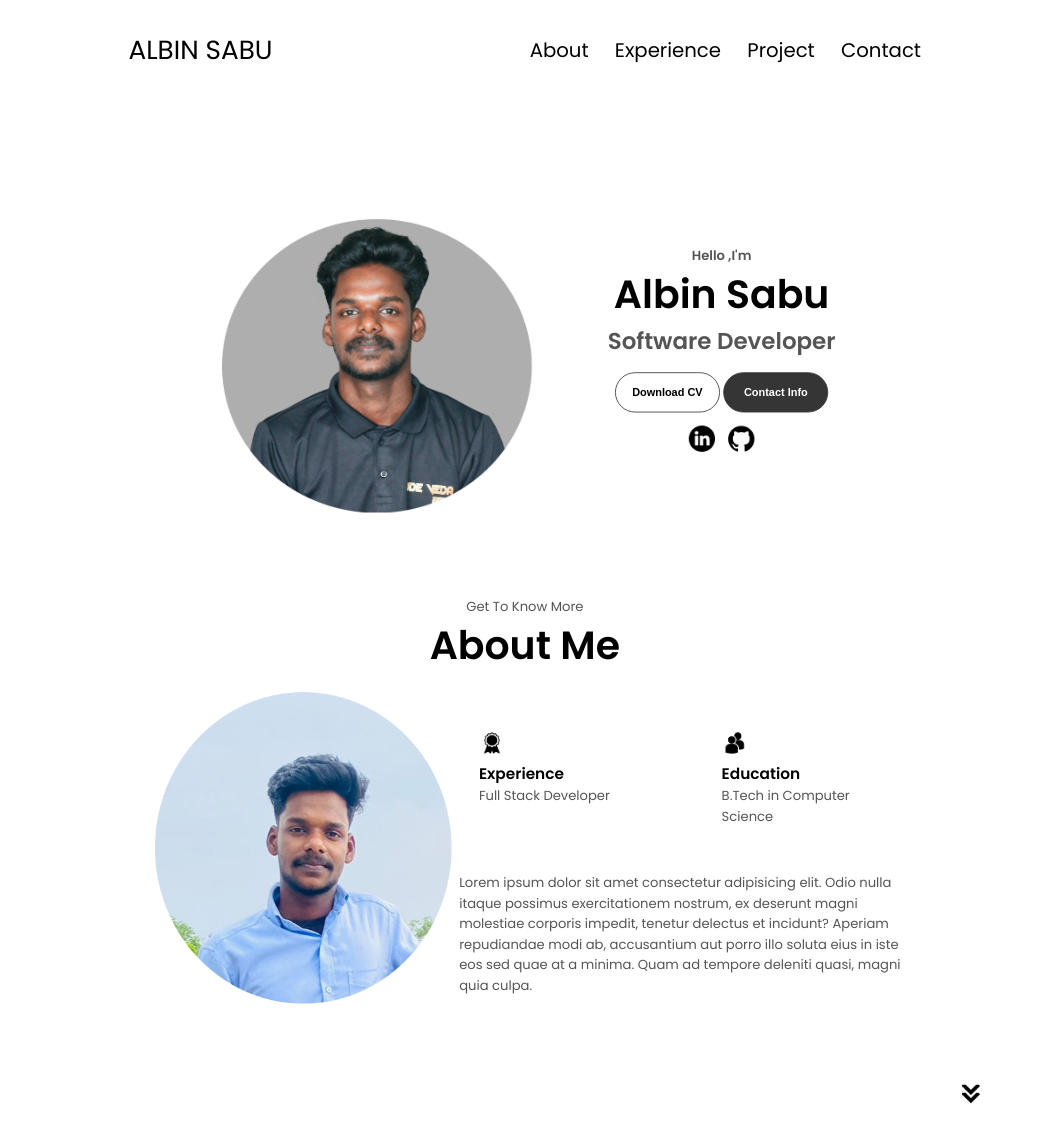
Repository: albinsabu2023/albinsabu
Page: index.html
The author's editor kept a copy of each file at every save. The page is drawn from the files as they stood at one save, then again after the next save.
The browser window is 1280 px wide. The pictures show the whole page, at 82% of full size.

Above is the page before, as saved 2023-08-30 12:20:15.

### index.html
<!DOCTYPE html>
<html lang="en">
<link>
    <meta charset="UTF-8">
    <meta name="viewport" content="width=device-width, initial-scale=1.0">
    <title>Albin Sabu</title>
    <link rel="stylesheet" href="style.css"/>
    <link rel="stylesheet" href="mediaqueries.css">
</head>
<body>
    <nav id="desktop-nav">
        <div class="logo">
            ALBIN SABU
        </div>
        <div>
            <ul class="nav-links">
                <li><a href="#about">About</a></li>
                <li><a href="#experience">Experience</a></li>
                <li><a href="#project">Project</a></li>
                <li><a href="#contact">Contact</a></li>
            </ul>
        </div>
    </nav>
    <nav id="hamburger-nav">
        <div clas="logo"> ALBIN SABU</div>
        <div class="hamburger-menu">
            <div class="hamburger-icon" onclick="toggleMenu()">
                <span></span>
                <span></span>
                <span></span>
            </div>
            <div class="menu-links">
                <li><a href="#about" onclick="toggleMenu()">About</a></li>
                <li><a href="#about" onclick="toggleMenu()">Experience</a></li>
                <li><a href="#about" onclick="toggleMenu()">Project</a></li>
                <li><a href="#about" onclick="toggleMenu()">Contact</a></li>
            </div>
        </div>
    </nav>
    <section id="profile">
        <div class="section__pic-container">
            <img src="./assets/Albin Sabu2.png" alt="profile-pic">
        </div>
        <div class="section__text">
            <p class="section__text__p1">Hello ,I'm</p>
            <h1 class="title">Albin Sabu</h1>
            <p class="section__text__p2">Software Developer</p>
            <div class="btn_container">
                <button class="btn btn-color-2" onclick="window.open('./assets/Albin sabu.pdf')">Download CV</button>
                <button class="btn btn-color-1" onclick="location.href='#contact'">Contact Info</button>
            </div>
            <div id="social-container">
                <img src="./assets/linkedin.png" alt="My Linkedin Profile" class="icon" onclick="location.href='https://www.linkedin.com/in/albin-sabu-377798230'">
                <img src="./assets/github.png" alt="My Github Profile" class="icon" onclick="location.href='https://github.com/albinsabu2023'">

            </div>
        </div>
    </section>
    <section id="about">
        <p class="section__text__p1">Get To Know More</p>
        <h1 class="title">About Me</h1>
        <div class="section-container">
            <div class="section__pic-container">
                <img src="./assets//about-pic.png" alt="profilepicture" class="about-pic">
            </div>
            <div class="about-details-container">
                <div class="about-container">
                    <div class="details-container">
                        <img src="./assets/experience.png" alt="experience icon" class="icon">
                        <h3>Experience</h3>
                        <p>Full Stack Developer</p>
                    </div>
                    <div class="details-container">
                        <img src="./assets/education.png" alt="experience icon" class="icon">
                        <h3>Education</h3>
                        <p>B.Tech in Computer Science</p>
                    </div>
                </div>
                <div class="text-container">
                    <p>Lorem ipsum dolor sit amet consectetur adipisicing elit. Odio
                        nulla itaque possimus exercitationem nostrum, ex
                        deserunt magni molestiae corporis impedit, tenetur
                        delectus et incidunt? Aperiam repudiandae modi ab,
                         accusantium aut porro illo soluta eius in iste eos
                          sed quae at a minima. Quam ad tempore deleniti
                          quasi, magni quia culpa.
                    </p>
                </div>
            </div>
        </div>
        <!-- onclick="locaiton.href='./#experience'" -->
       <img src="./assets/arrow.png" alt="arrow" class="icon arrow" >
    </section>
    <script src="script.js"></script>
</body>
</html>

### style.css
@import url('https://fonts.googleapis.com/css2?family=Poppins:ital,wght@0,300;0,400;0,500;0,600;1,200;1,300;1,500;1,600&display=swap');

* {
    margin: 0;
    padding: 0;
}

body {
    font-family: 'Poppins', sans-serif;
}

html {
    scroll-behavior: smooth;
}

p {
    color: rgb(85, 85, 85);
}

a,
.btn {
    transition: all 300ms ease
}

/* Desktop navigation */
nav,
.nav-links {
    display: flex;

}

nav {
    justify-content: space-around;
    align-items: center;
    height: 17vh;

}

.nav-links {
    gap: 2rem;
    list-style: none;
    font-size: 1.5rem;
}
a{
    color:black;
    text-decoration: none;
    text-decoration-color: white;
}

a:hover{
    color:gray;
    text-decoration:underline;
    text-underline-offset:1rem ;
    text-decoration-color:rgb(181,181,181);
}

.logo{
    font-size:2rem;
}

#hamburger-nav{
    display:none;
}
.hamburger-menu{
    position: relative;
    display:inline-block;
}
.hamburger-icon{
    display: flex;
    flex-direction: column;
    justify-content: space-between;
    height: 24px;
    width: 30px;
    cursor: pointer;
}

.hamburger-icon span{
    width:100%;
    height: 2px;
    background-color: black;
    transition: all 0.3 ease-in-out;
}

.menu-links{
    position:absolute;
    top:100%;
    right:0%;

    width: fit-content;
    max-height: 0;
    overflow: hidden;
    transition: all 0.3 ease-in-out;
}

.menu-links{
    display: block;
    padding: 10px;
    text-align: center;
    font-size: 1.5rem;
    color: black;
    text-decoration: none;
    transform: all 0.3 ease-in-out;
}

.menu-links li{
    list-style: none;

}

.menu-links.open{
    max-height: 300px;
}

.hamburger-icon.open span:first-child{
    transform:rotate(45deg) translate(10px,5px);
}
.hamburger-icon.open span:nth-child(2){
   opacity:0;
}
.hamburger-icon.open span:last-child{
    transform:rotate(-45deg) translate(10px,-5px);
}

.hamburger-icon span:first-child{
    transform: none;
}
.hamburger-icon span:first-child{
    opacity:1;
}
.hamburger-icon span:first-child{
    transform: none;
}

section{
    padding-top:4vh ;
    height: 96vh;
    margin: 0 10rem;
    box-sizing: border-box;
    min-height: fit-content;
}

.section-container{
    display: flex;
}

#profile{
    display: flex;
    justify-content: center;
    gap: 5rem;
    height:  80vh;
}

.section__pic-container{
    display: flex;
    height: 400px;
    width: 400px;
    margin: auto 0;
}

.section__text{

    align-self:center;
    text-align: center;
}

.section__text p{
    font-weight: 600;
}
.section__text__p1{
    text-align: center;

}
.section__text__p2 {

    font-size: 1.75rem;
    margin-bottom: 1rem;
}

.title{
    font-size:3rem;
    text-align: center;
}
#social-container{
    display: flex;
    justify-content: center;
    margin-top: 1rem;
    gap: 1rem;
}

/* icon */
.icon{
    cursor: pointer;
    height: 2rem;
}

.btn-container{
    display: flex;
    justify-content:center;
    gap: 1rem;
}
.btn{
    font-weight: 600;
    transition: all 300ms ease;
    padding: 1rem;
    width: 8rem;
    border-radius: 2rem;

}

.btn-color-1,.btn-color-2{
    border:rgb(53,53,53) 0.1rem solid;
}
.btn-color-1:hover,
.btn-color-2:hover {
   cursor:pointer
}
.btn-color-1,
.btn-color-2:hover {
   background: rgb(53,53,53);
   color: white;
}

.btn-color-1:hover{
    background-color: rgb(0,0,0);

}
.btn-color-2{
    background:none
    ;
}
.btn-color-2:hover{
    border:rgb(255,255,255) 0.1rem solid;
}

/* About section */

#about{
    position: relative;
}
.about-container{
    gap:2rem;
    margin-bottom:2rem ;
    margin-top: 2rem;
}
.about-details-container{
    justify-content: center;
    flex-direction: column;
}

.about-container,.about-details-container{
    display: flex;
}

.about-pic{
    border-radius: 2rem;

}
.arrow{
    position:absolute;
    right:-5rem;
    bottom:2.5rem;
}

.details-container{
    padding:1.5rem ;
    flex: 1;
    background: white;
    border-radius: 2rem;
    border: rgb(53,53,53) o.1rem solid;
    border-color: rgb(163,163,163);


}

### mediaqueries.css
@media screen and (max-width:1200px){
    #desktop-nav{
        display: none;
    }
    #hamburger-nav{
        display: flex;
    }
}

Loaded but not shown: script.js (common file)

After the next save:
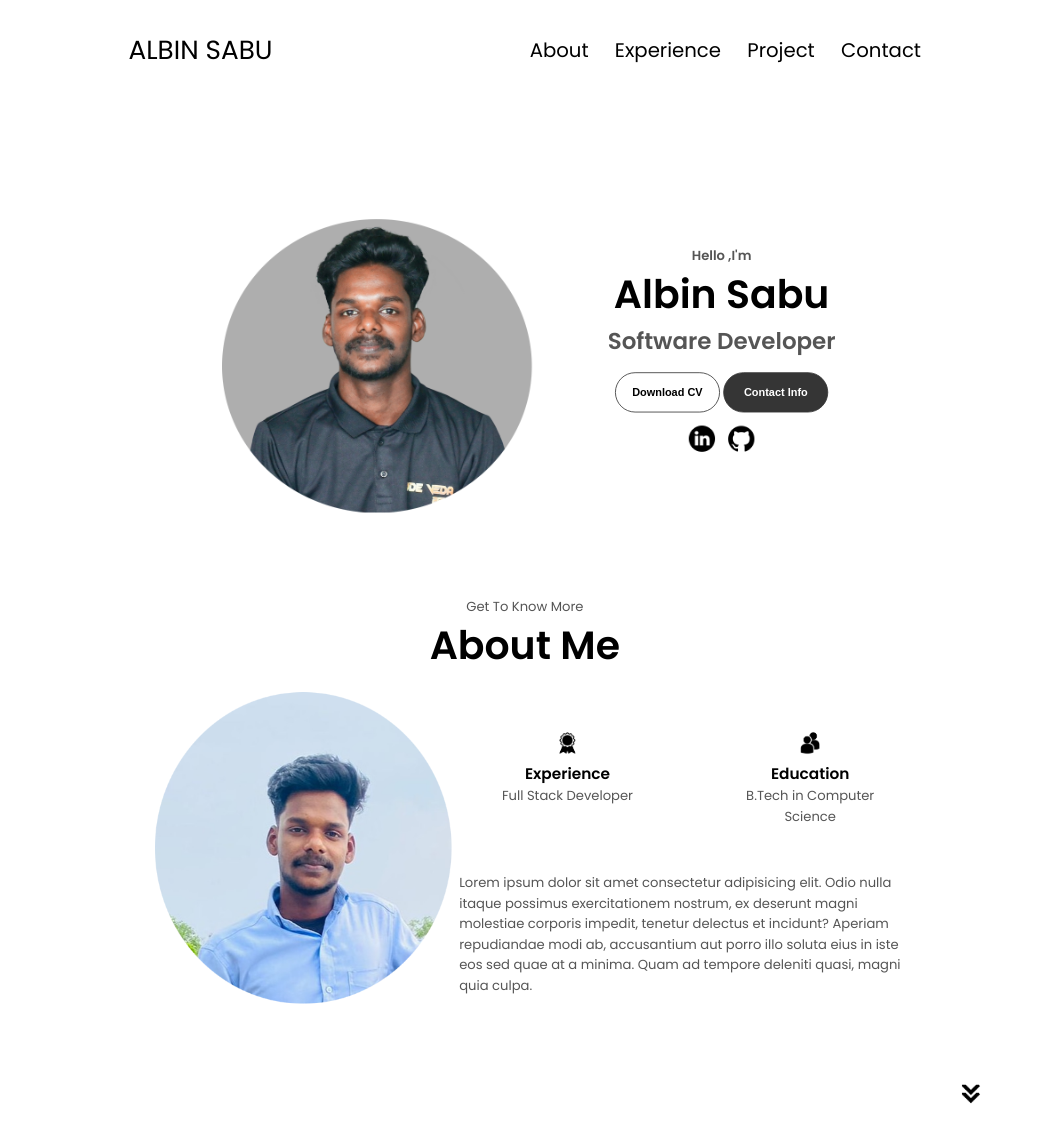
Saved 9 s later.
--- a/style.css
+++ b/style.css
@@ -268,6 +268,6 @@ section{
     border-radius: 2rem;
     border: rgb(53,53,53) o.1rem solid;
     border-color: rgb(163,163,163);
-
-
-}
+    text-align: center;
+
+}
